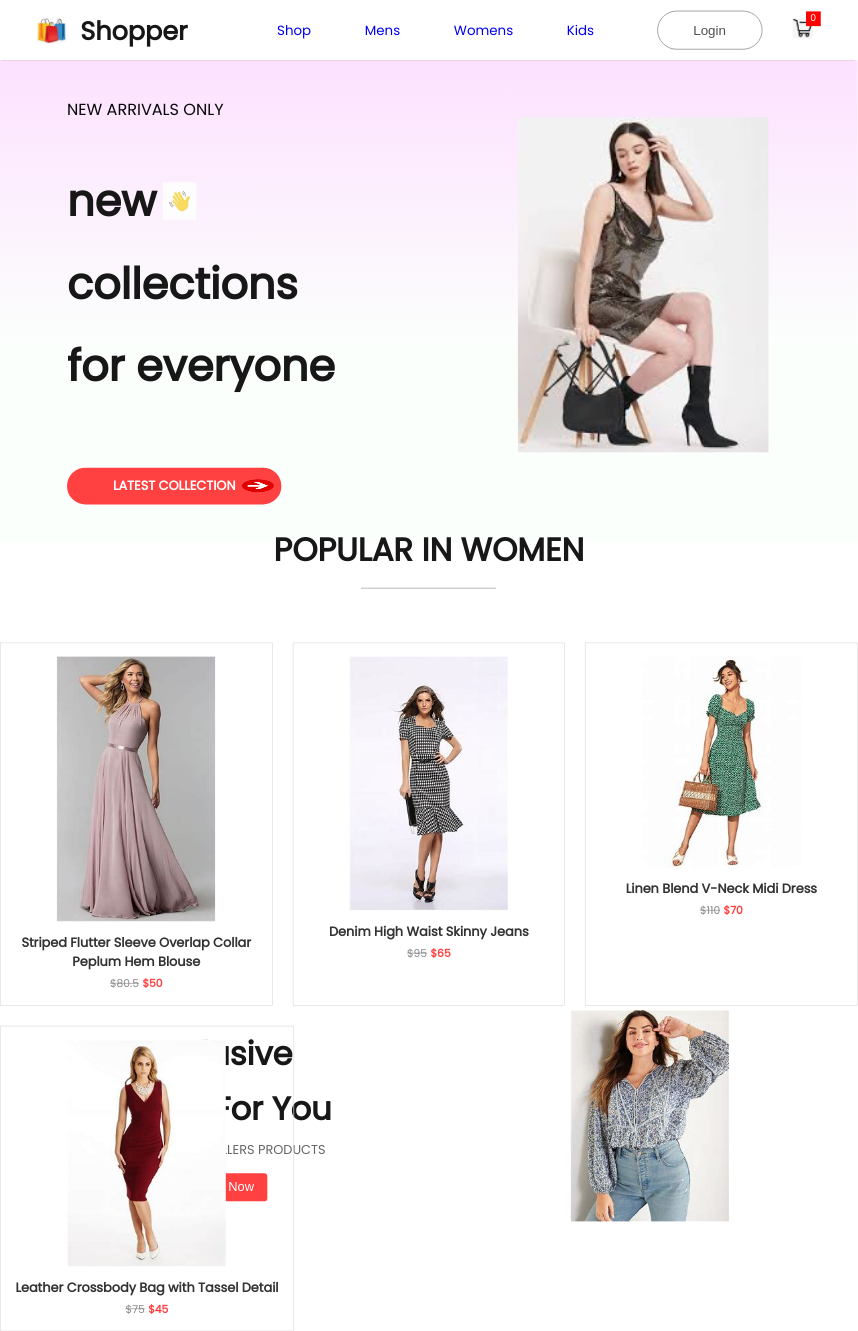
Repository: sshaiv/Shoppie_EcommerceAPP
Page: /
These files come from the project's save history. The page is drawn as it stood at one moment and after the next save; the edit follows.
The browser window is 1280 px wide. The pictures show the whole page, at 67% of full size.
The project was rebuilt for these pictures with package versions that can differ from the ones it lists, and the page was loaded fresh each time. Also part of the build but not shown: src/App.css, src/Components/Pages/ShopCategory.jsx, src/Components/Pages/Product.jsx, src/Components/Pages/Cart.jsx, src/Components/Pages/LoginSignup.jsx.

Above is the page before, as saved 2024-07-16 18:35:25.

### public/index.html
<!DOCTYPE html>
<html lang="en">
  <head>
    <meta charset="utf-8" />
    <link rel="icon" href="%PUBLIC_URL%/favicon.ico" />
    <meta name="viewport" content="width=device-width, initial-scale=1" />
    <meta name="theme-color" content="#000000" />
    <meta
      name="description"
      content="Web site created using create-react-app"
    />
    <link rel="apple-touch-icon" href="%PUBLIC_URL%/logo192.png" />
    <!--
      manifest.json provides metadata used when your web app is installed on a
      user's mobile device or desktop. See https://developers.google.com/web/fundamentals/web-app-manifest/
    -->
    <link rel="manifest" href="%PUBLIC_URL%/manifest.json" />
    <!--
      Notice the use of %PUBLIC_URL% in the tags above.
      It will be replaced with the URL of the `public` folder during the build.
      Only files inside the `public` folder can be referenced from the HTML.

      Unlike "/favicon.ico" or "favicon.ico", "%PUBLIC_URL%/favicon.ico" will
      work correctly both with client-side routing and a non-root public URL.
      Learn how to configure a non-root public URL by running `npm run build`.
    -->
    <link rel="preconnect" href="https://fonts.googleapis.com">
    <link rel="preconnect" href="https://fonts.gstatic.com" crossorigin>
    <link href="https://fonts.googleapis.com/css2?family=Poppins&display=swap" rel="stylesheet">
    <title>E-Commerce</title>
  </head>
  <body>
    <noscript>You need to enable JavaScript to run this app.</noscript>
    <div id="root"></div>
    <!--
      This HTML file is a template.
      If you open it directly in the browser, you will see an empty page.

      You can add webfonts, meta tags, or analytics to this file.
      The build step will place the bundled scripts into the <body> tag.

      To begin the development, run `npm start` or `yarn start`.
      To create a production bundle, use `npm run build` or `yarn build`.
    -->
  </body>
</html>

### src/index.css
*{
  margin: 0;
}

body {
  margin: 0;
  font-family: -apple-system, BlinkMacSystemFont, 'Segoe UI', 'Roboto', 'Oxygen',
    'Ubuntu', 'Cantarell', 'Fira Sans', 'Droid Sans', 'Helvetica Neue',
    sans-serif;
  -webkit-font-smoothing: antialiased;
  -moz-osx-font-smoothing: grayscale;

 font-family:'Poppins';

}

code {
  font-family: source-code-pro, Menlo, Monaco, Consolas, 'Courier New',
    monospace;
}

### src/App.js
import React from 'react';
import './App.css';
import Navbar from './Components/Navbar/Navbar';
import { BrowserRouter, Routes, Route } from 'react-router-dom';
import ShopCategory from './Components/Pages/ShopCategory';
import Product from './Components/Pages/Product';
import Cart from './Components/Pages/Cart';
import LoginSignup from './Components/Pages/LoginSignup';
import Shop from './Components/Pages/Shop';

const App = () => {
  return (
    <div>
      <BrowserRouter>
        <Navbar />
        <Routes>
          <Route path='/' element={<Shop />} />
          <Route path='/mens' element={<ShopCategory category='mens' />} />
          <Route path='/womens' element={<ShopCategory category='women' />} />
          <Route path='/kids' element={<ShopCategory category='kids' />} />
          <Route path='/product' element={<Product />} />
          <Route path='/product/:productID' element={<Product />} />
          <Route path='/cart' element={<Cart />} />
          <Route path='/login' element={<LoginSignup />} />
        </Routes>
      </BrowserRouter>
    </div>
  );
}

export default App;

### src/Components/Navbar/Navbar.jsx
import React, { useState } from 'react'
import './Navbar.css'
import logo from '../Assets/logo.png'
import cart_icon from '../Assets/cart_icon.png'
import { Link } from 'react-router-dom'

const Navbar = () => {
const [menu,setMenu]=useState("shop");

  return (
    <div>
      <div className='navbar'>
        <div className='nav-logo'>
          <img src={logo} alt="Logo" />
          <p>Shopper</p>
        </div>
        <ul className='nav-menu'>
            <li onClick={()=>{setMenu("shop")}}><Link style={{textDecoration:'none'}} to='/'>Shop </Link>{menu==="shop"? <hr/> :<></>}   </li>
            <li onClick={()=>{setMenu("mens")}}><Link style={{textDecoration:'none'}}  to='/mens'>Mens</Link> {menu==="shop"? <hr/> :<></>} </li>
            <li onClick={()=>{setMenu("womens")}}><Link style={{textDecoration:'none'}}  to='/womens'>Womens </Link> {menu==="shop"? <hr/> :<></>} </li>
            <li onClick={()=>{setMenu("kids")}}><Link style={{textDecoration:'none'}}  to='/kids'>Kids</Link> {menu==="shop"? <hr/> :<></>} </li>
        </ul>

        <div className="nav-login-cart">
          <Link to='/login'>  <button>Login</button></Link>
       <Link to='/cart'>   <img src={cart_icon} alt="" /></Link>
      <div className="nav-cart-count">0</div>
        </div>
      </div>
    </div>
  )
}

export default Navbar

### src/Components/Pages/Shop.jsx
import React from 'react';
import Hero from '../Hero/Hero';
import Popular from '../Popular/Popular';
import Offers from '../Offers/Offers';


const Shop = () => {
  return (
    <div>
      <Hero/>
      <Popular/>
      <Offers/>
    </div>
  );
}

export default Shop;

### src/Components/Navbar/Navbar.css
.navbar{
    display: flex;
    justify-content: space-around;
    padding: 16px;
    box-shadow:0 1px 3px -2px black ;

}
.nav-logo{
    display:flex;
    align-items: center;
    gap: 10px;
}

.nav-logo p{
    color: #171717;
    font-size: 38px;
    font-weight: 600;
}
.nav-menu{
    display:flex;
    align-items:center;
    list-style: none;
    gap: 50px;
    color:#626262;
    font-size: 20px;
    font-weight: 500;

}


  .nav-logo img {
    height: 40px;
    margin-right: 10px;
  }



  .nav-menu li {
    margin: 0 15px;
    position: relative;
    cursor: pointer;
  }

  .nav-menu li:hover hr {
    display: block;
  }

  .nav-menu hr {
    display: none;
    width: 80%;
    height: 3px;
    border-radius: 10px;
    background-color:red;

  }

  .nav-login-cart {
    display: flex;
    align-items: center;
    gap: 45px;
  }

  .nav-login-cart button {
    width: 157px;
    height: 58px;
    outline: none;
    border: 1px solid #7a7a7a;
    border-radius: 75px;
    color:#515151;
    font-size: 20px;
    font-weight: 500;
    background: white;
    cursor: pointer;
  }

  .nav-login-cart button:active{
    background:#f3f3f3;
  }
  .nav-login-cart img {
    height: 30px;
    cursor: pointer;
  }
  .nav-cart-count{
    width: 22px;
    height: 22px;
    display: flex;
    justify-content: center;
    align-items:center;
    margin-top: -35px;
    margin-left: -55px;
    border: radius 11px;
    font-size: 14px;
    background-color:red;
    color:white;
  }

  @media (max-width: 768px) {
    .navbar {
      flex-direction: column;
      align-items: center;
    }

    .nav-logo p {
      font-size: 20px;
    }

    .nav-menu {
      flex-direction: column;
      align-items: center;
      gap: 10px;
    }

    .nav-menu li {
      margin: 10px 0;
    }

    .nav-login-cart {
      flex-direction: column;
      align-items: center;
      gap: 10px;
    }
  }

### src/Components/Hero/Hero.jsx
import React from "react";
import "./Hero.css";
import hand_icon from "../Assets/hand_icon.png";
import arrow_icon from "../Assets/arrow_icon.png";
import hero_imae from '../Assets/hero_imae.png';

const Hero = () => {
  return (
    <div className="hero">
      <div className="hero-left">
        <h2>NEW ARRIVALS ONLY</h2>
        <div className="hero-hand-icon">
          <p>new</p>
          <img src={hand_icon} alt="hand icon" />
        </div>
        <p>collections</p>
        <p>for everyone</p>
        <div className="hero-latest-btn">
          <div>Latest Collection</div>
          <img src={arrow_icon} alt="arrow icon" />
        </div>
      </div>
      <div className="hero-right">
        <img src={hero_imae} alt="hero" />
      </div>
    </div>
  );
};

export default Hero;

### src/Components/Popular/Popular.jsx
import React from 'react';
import './Popular.css';
import data_product from '../Assets/data';
// import Item from '../Item/Item';

const Popular = () => {
  return (
    <div className='popular'>
      <h1>POPULAR IN WOMEN</h1>
      <hr />
      <div className="popular-item">
        {data_product.map((item, i) => (
          <div className="item" key={i}>
            <img src={item.image} alt={item.name} />
            <div className="name">{item.name}</div>
            <div className="price">
              <span className="old-price">${item.old_price}</span>
              <span className="new-price">${item.new_price}</span>
            </div>
          </div>
        ))}
      </div>
    </div>
  );
}

export default Popular;

### src/Components/Offers/Offers.jsx
import React from 'react'
import './Offers.css'
import exclusive_image from '../Assets/exclusive_image.png'

const Offers = () => {
  return (
    <div className='offers'>
      <div className="offers-left">
        <h1>Exclusive</h1>
        <h1>Offers For You</h1>
        <p>ONLY ON BEST SELLERS PRODUCTS </p>
        <button>Check Now</button>
      </div>
      <div className="offers-right">
        <img src={exclusive_image} alt="" />
      </div>
    </div>
  )
}

export default Offers

### src/Components/Hero/Hero.css
.hero {
    height: 100vh;
    background: linear-gradient(180deg, #fde1ff, #e1ffea22 60%);
    display: flex;
    justify-content: space-between;
    align-items: center;
    padding: 0 50px;
    box-sizing: border-box;
  }

  .hero-left {
    flex: 1;
    display: flex;
    flex-direction: column;
    justify-content: center;
    gap: 20px;
    padding-left: 50px;
    line-height: 1.3;
  }

  .hero-left h2 {
    color: #090909;
    font-size: 1.5rem;
    font-weight: 500;
    position: relative;
    bottom: 50px;
  }

  .hero-left p {
    color: #171717;
    font-size: 4rem;
    font-weight: 700;
    margin: 10px 0;
  }

  .hero-hand-icon {
    display: flex;
    align-items: center;
    gap: 10px;
    font-size: 1.5rem;
    font-weight: 500;
    color: #ff4141;
  }

  .hero-hand-icon img {
    width: 50px;
  }
  .hero-latest-btn {
    width: 260px;
    display: flex;
    justify-content: center;
    align-items: center;
    gap: 10px;
    padding: 15px 30px;
    border-radius: 50px;
    margin-top: 30px;
    background: #ff4141;
    color: white;
    font-size: 1.2rem;
    font-weight: 600;
    text-transform: uppercase;
    transition: background 0.3s ease, transform 0.3s ease;
    cursor: pointer;
    position: relative;
    top: 50px; /* Add position relative to the parent */
  }

  .hero-latest-btn img {
    height: 20px;
    width: 50px;
    position: absolute; /* Position the image absolutely */
    right: 10px; /* Adjust right position as needed */
  }

  .hero-latest-btn:hover {
    background: #e63939;
    transform: scale(1.05);
  }


  .hero-right {
    flex: 1;
    display: flex;
    justify-content: center;
    align-items: center;
    padding-right: 50px;
  }

  .hero-right img {
    max-width: 100%;
    height: 500px;
   position: relative;
   left: 50px;
   bottom: 25px;

  }

### src/Components/Popular/Popular.css
.popular {
    height: 90vh;
    display: flex;
    flex-direction: column;
    align-items: center;
    gap: 10px;
    position: relative;
    bottom: 25px;
  }

  .popular h1 {
    font-size: 3rem; /* Adjusted font size */
    font-weight: 600;
    color: #171717;
    margin-bottom: 10px; /* Added margin for spacing */
  }

  .popular hr {
    width: 200px;
    height: 6px;
    border-radius: 10px;
    background: #252525;
    margin-bottom: 20px; /* Added margin for spacing */
  }

  .popular-item {
    margin-top: 50px;
    display: flex;
    flex-wrap: wrap; /* Allow items to wrap onto new lines */
    justify-content: space-between; /* Distribute items with space between */
    gap: 30px; /* Increased gap between items */
  }

  .popular-item .item {
    border: 1px solid #ddd; /* Example border style for items */
    padding: 20px; /* Example padding for items */
    flex: 1 1 300px; /* Flex basis to control item width */
    max-width: calc(33.33% - 30px); /* Adjust for three items per row */
    text-align: center;
  }

  .popular-item .item img {
    max-width: 100%;
    height: auto;
    margin-bottom: 10px; /* Space below image */
  }

  .popular-item .item .name {
    font-size: 1.2rem; /* Adjusted font size for item name */
    font-weight: bold;
    color: #333;
    margin-bottom: 5px; /* Space below name */
  }

  .popular-item .item .price {
    font-size: 1rem; /* Adjusted font size for prices */
    color: #888;
  }

  .popular-item .item .old-price {
    text-decoration: line-through; /* Strikethrough for old price */
    margin-right: 5px; /* Space between old and new price */
  }

  .popular-item .item .new-price {
    font-weight: bold;
    color: #ff4141;
  }

  @media (max-width: 768px) {
    .popular h1 {
      font-size: 2rem; /* Adjusted font size for smaller screens */
    }

    .popular-item .item {
      max-width: calc(50% - 20px); /* Adjust for two items per row */
    }
  }

### src/Components/Assets/data.js
import p1_img from './product1.png'
import p2_img from './product2.png'
import p3_img from './product3.png'
import p4_img from './product4.png'


let data_product = [
    {
      id: 1,
      name: "Striped Flutter Sleeve Overlap Collar Peplum Hem Blouse",
      image: p1_img,
      new_price: 50.00,
      old_price: 80.50,
    },
    {
      id: 2,
      name: "Denim High Waist Skinny Jeans",
      image: p2_img,
      new_price: 65.00,
      old_price: 95.00,
    },
    {
      id: 3,
      name: "Linen Blend V-Neck Midi Dress",
      image: p3_img,
      new_price: 70.00,
      old_price: 110.00,
    },
    {
      id: 4,
      name: "Leather Crossbody Bag with Tassel Detail",
      image: p4_img,
      new_price: 45.00,
      old_price: 75.00,
    },
  ];


export default data_product;

### src/Components/Offers/Offers.css
.offers {
    display: flex;
    justify-content: space-around;
    align-items: center;
    margin: 50px 0;
  }

  .offers-left {
    flex: 1;
    padding: 0 20px;
    text-align: center;
  }

  .offers-left h1 {
    font-size: 3rem;
    font-weight: bold;
    color: #171717;
    margin-bottom: 10px;
  }

  .offers-left p {
    color: #666;
    font-size: 1.2rem;
    margin-bottom: 20px;
  }

  .offers-left button {
    padding: 10px 20px;
    background-color: #ff4141;
    color: white;
    border: none;
    border-radius: 5px;
    font-size: 1.2rem;
    cursor: pointer;
    transition: background-color 0.3s ease;
  }

  .offers-left button:hover {
    background-color: #e63939;
  }

  .offers-right {
    flex: 1;
    display: flex;
    justify-content: center;
  }

  .offers-right img {
    max-width: 100%;
    height: auto;
  }

Loaded but not shown: src/index.js (common file); src/reportWebVitals.js (common file)

After the next save:
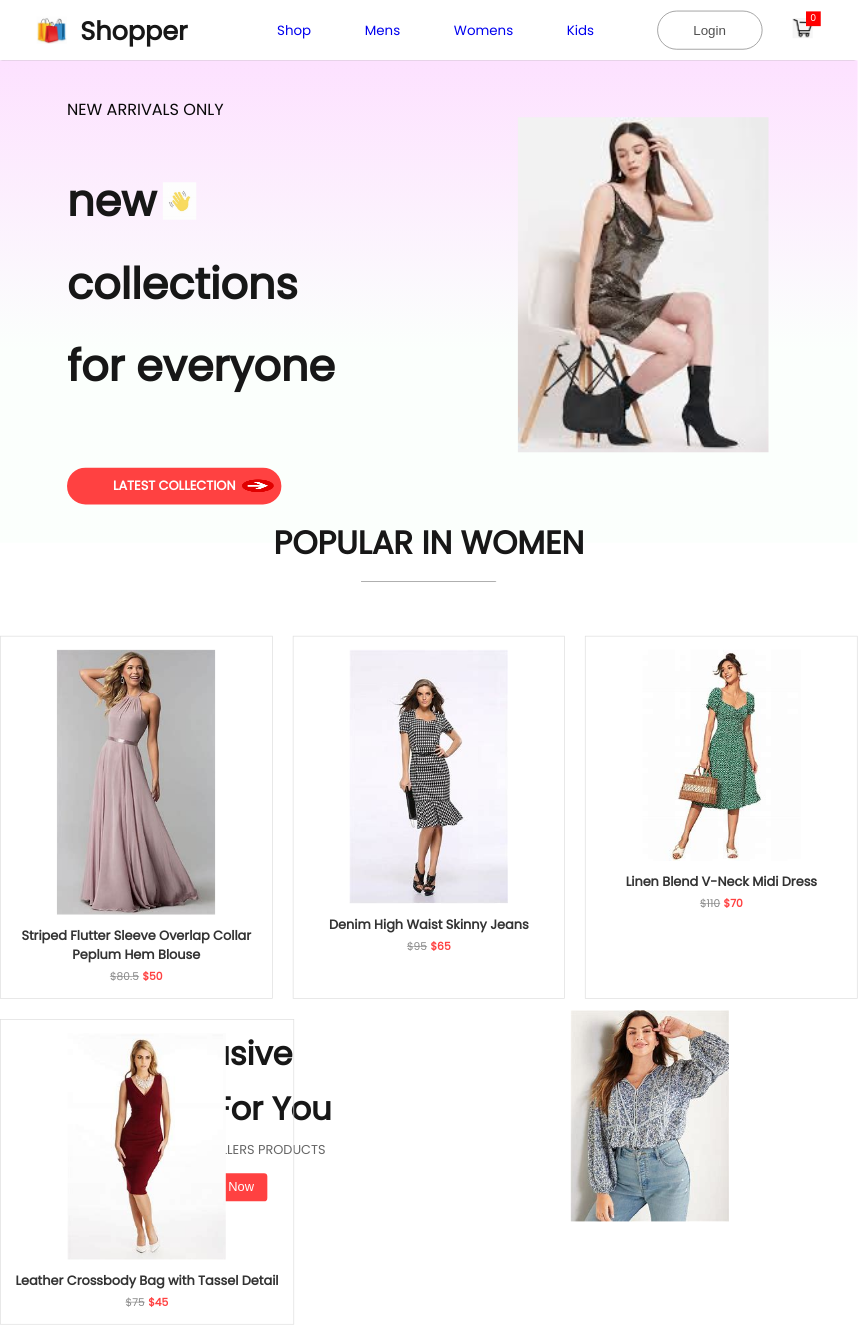
Saved 11 s later.
--- a/src/Components/Popular/Popular.css
+++ b/src/Components/Popular/Popular.css
@@ -5,7 +5,7 @@
     align-items: center;
     gap: 10px;
     position: relative;
-    bottom: 25px;
+    bottom: 35px;
   }
 
   .popular h1 {
